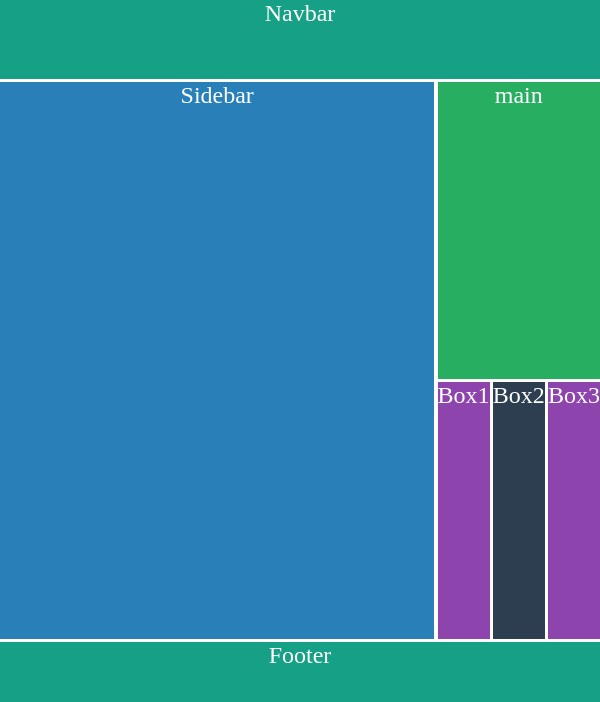
Repository: nazmulhaquep/WebDesign
Page: LayoutHtmlCss/index.html
The author's editor kept a copy of each file at every save. The page is drawn from the files as they stood at one save, then again after the next save.
The browser window is 600 px wide. The pictures show the whole page.

Above is the page before, as saved 2023-11-26 12:26:28.

After the next save:
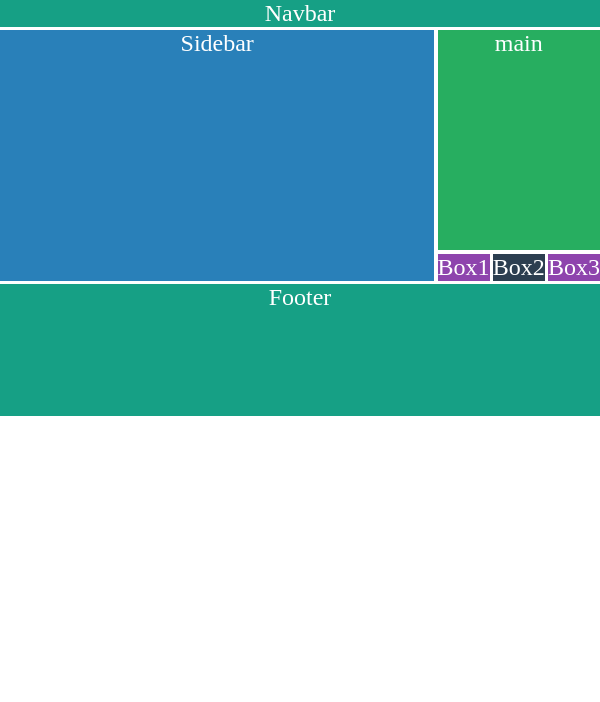
Saved 99 s later.
--- a/LayoutHtmlCss/style.css
+++ b/LayoutHtmlCss/style.css
@@ -54,6 +54,7 @@ footer{
 @media only screen and (max-width:640px){
     .container{
         grid-template-columns: 1fr;
-        grid-template-rows: 7;
+        /* define rows height */
+        grid-template-rows: 0.2fr 2fr 0.2fr 1.2fr 1.2fr 1.2fr 1fr;
     }
 }
